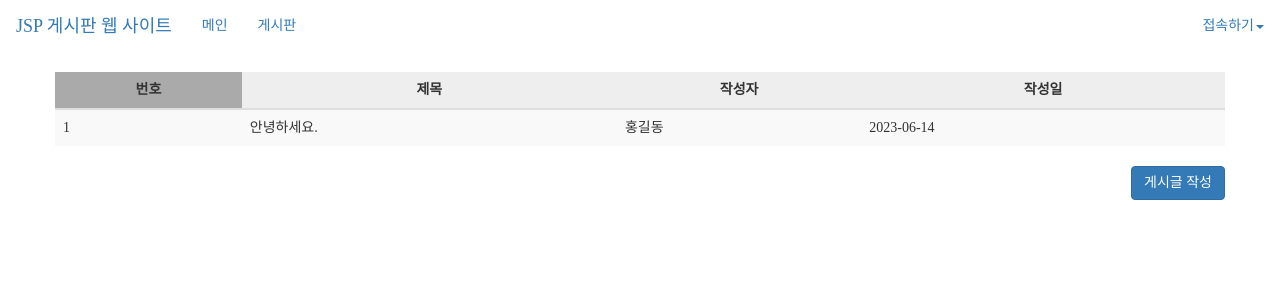
Repository: LeeJaeweon/Project
Page: http://localhost/BBS/bbs.jsp
An editor plug-in stored every save of this project. The page is shown before and after the next save, followed by the edit.
The browser window is 1280 px wide. The pictures show the whole page.
Some web fonts or font styles are not loaded; a fallback is used. Some web libraries are served in a nearby version. The page is served by Tomcat 9.

Above is the page before, as saved 2023-06-15 01:50:44.

After the next save:
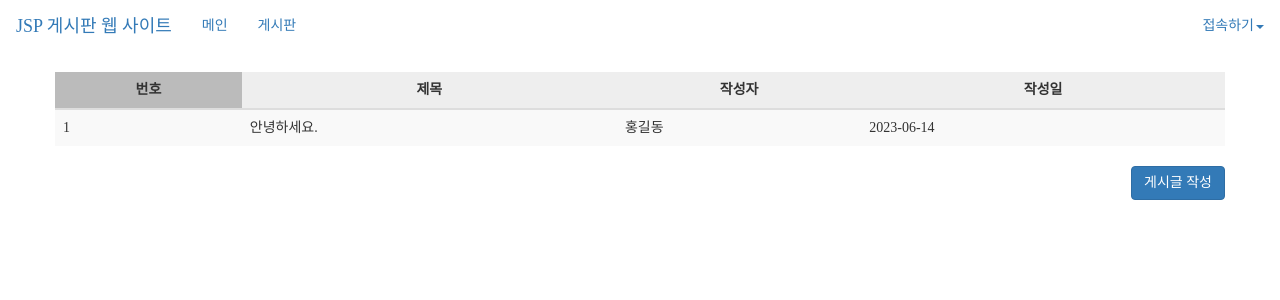
Saved 15 s later.
--- a/BBS/src/main/webapp/bbs.jsp
+++ b/BBS/src/main/webapp/bbs.jsp
@@ -70,7 +70,7 @@
 			<table class="table table-striped" style="text-align: border: 1px solid #dddddd">
 				<thead>
 					<tr>
-						<th style="background-color: #aaaaaa; text-align: center;">번호</th>
+						<th style="background-color: #bbbbbb; text-align: center;">번호</th>
 						<th style="background-color: #eeeeee; text-align: center;">제목</th>
 						<th style="background-color: #eeeeee; text-align: center;">작성자</th>
 						<th style="background-color: #eeeeee; text-align: center;">작성일</th>

After the save that followed:
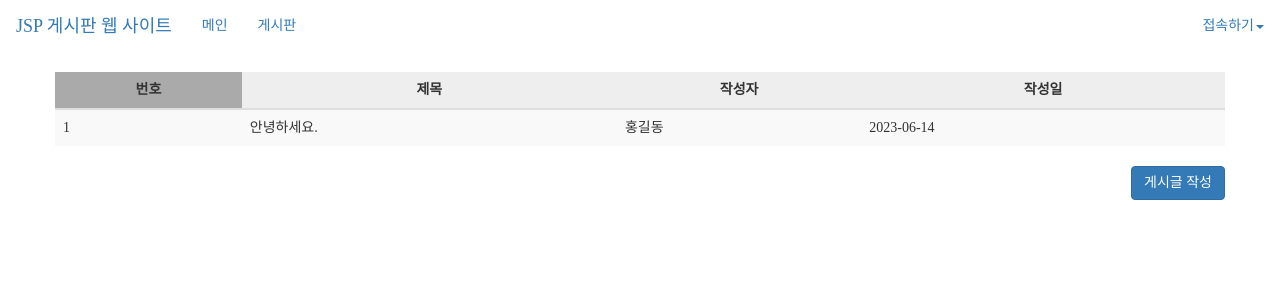
Saved 9 s later.
--- a/BBS/src/main/webapp/bbs.jsp
+++ b/BBS/src/main/webapp/bbs.jsp
@@ -70,7 +70,7 @@
 			<table class="table table-striped" style="text-align: border: 1px solid #dddddd">
 				<thead>
 					<tr>
-						<th style="background-color: #bbbbbb; text-align: center;">번호</th>
+						<th style="background-color: #aaaaaa; text-align: center;">번호</th>
 						<th style="background-color: #eeeeee; text-align: center;">제목</th>
 						<th style="background-color: #eeeeee; text-align: center;">작성자</th>
 						<th style="background-color: #eeeeee; text-align: center;">작성일</th>
